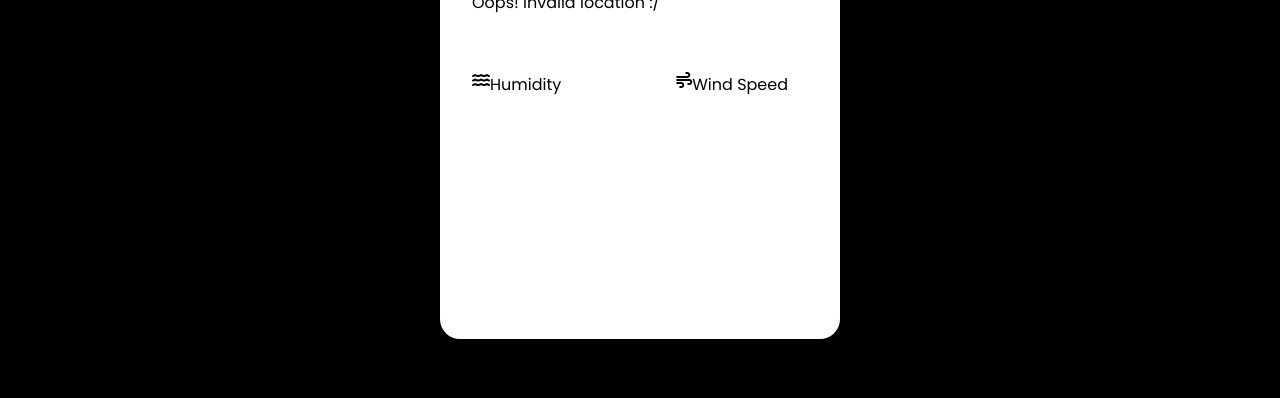
Repository: Pr1s0n3r627/weather
Page: index.html
An editor plug-in stored every save of this project. The page is shown before and after the next save, followed by the edit.
The browser window is 1280 px wide. The pictures show the whole page.
Some web libraries are served in a nearby version.

Above is the page before, as saved 2024-05-18 23:34:35.
Not found: index.js

### index.html
<!DOCTYPE html>
<html lang="en">

<head>
    <meta charset="UTF-8">
    <meta http-equiv="X-UA-Compatible" content="IE=edge">
    <meta name="viewport" content="width=device-width, initial-scale=1.0">
    <link
        href="https://fonts.googleapis.com/css2?family=Poppins:wght@300;400;500;600;700;800;900&family=Roboto:wght@300;400;500;700;900&display=swap"
        rel="stylesheet">
    <link rel="stylesheet" href="style.css">
    <title>Day #10 - Weather App | AsmrProg</title>
</head>

<body>

    <div class="container">
        <div class="search-box">
            <i class="fa-solid fa-location-dot"></i>
            <input type="text" placeholder="Enter your location">
            <button class="fa-solid fa-magnifying-glass"></button>
        </div>

        <div class="not-found">
            <img src="not-found.png">
            <p>Oops! Invalid location :/</p>
        </div>

        <div class="weather-box">
            <img src="">
            <p class="temperature"></p>
            <p class="description"></p>
        </div>

        <div class="weather-details">
            <div class="humidity">
                <i class="fa-solid fa-water"></i>
                <div class="text">
                    <span></span>
                    <p>Humidity</p>
                </div>
            </div>
            <div class="wind">
                <i class="fa-solid fa-wind"></i>
                <div class="text">
                    <span></span>
                    <p>Wind Speed</p>
                </div>
            </div>
        </div>

    </div>

    <script src="https://kit.fontawesome.com/7c8801c017.js" crossorigin="anonymous"></script>
    <script src="index.js"></script>
</body>

</html>

### style.css
*{
    margin: 0;
    padding: 0;
    border: 0;
    outline: none;
    box-sizing: border-box;
}

body{
    height: 10vh;
    display: flex;
    align-items: center;
    justify-content: center;
    background: #000;
}

.container{
    position: relative;
    width: 400px;
    height: 605px;
    background: #fff;
    padding: 28px 32px;
    overflow: hidden;
    border-radius: 20px;
    font-family: 'Poppins', sans-serif;
    transition: 0.6s;
}

.search-box{
    width: 100%;
    height: min-content;
    display: flex;
    align-items: center;
    justify-content: space-between
}

.search-box input{
    color: #333;
    width: 80%;
    font-size: 20px;
    font-weight: 500;
    text-transform: inherit;
    padding-left: 32px;
}

.search-box input::placeholder{
    font-size: 20px;
    font-weight: 500;
    color: #06283d;
    text-transform: capitalize;
}

.search-box button{
    cursor: pointer;
    width: 50px;
    height: 50px;
    color: #06283d;
    background: #dff6ff;
    border-radius: 50%;
    font-size: 22px;
    transition: 0.4s ease;
}

.search-box button:hover{
    background: #000000;
    color: #fff;
}

.search-box i{
    position: absolute;
    color: #06283d;
    font-size: 28px;
}

.weather-box{
    text-align: center;
}

.not-found img{
    width: 40%;
    margin-top: 20px;
}

.weather-box img{
    width: 20%;
    margin-top: 20px;
}

.weather-box .temperature{
    position: relative;
    color: #06283d;
    font-size: 4rem;
    font-weight: 800;
    margin-top: 30px;
    margin-left: -16px;
}

.weather-box .temperature span{
    position: absolute;
    margin-left: 4px;
    font-size: 1.5rem;
}

.weather-box .description{
    color: #06283d;
    font-size: 22px;
    font-weight: 500;
    text-transform: capitalize;
}

.weather-details{
    width: 100%;
    display: flex;
    justify-content: space-between;
    margin-top: 30px;
}

.weather-details .humidity, .weather-details .wind{
    display: flex;
    text-align: center;
    width: 50%;
    height: 100px;
}

.weather-details .humidity{
    padding-right: 20px;
    justify-content: flex-start;
}

.weather-details .wind{
    padding-right: 20px;
    justify-content: flex-end;
}

After the next save:
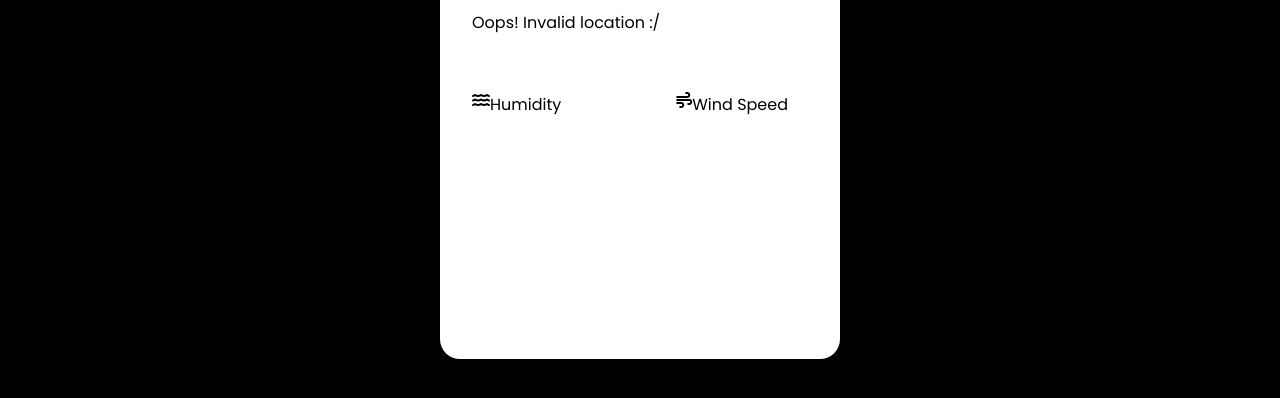
Saved 15 s later.
--- a/style.css
+++ b/style.css
@@ -7,6 +7,7 @@
 }
 
 body{
+    padding-top: 40px;
     height: 10vh;
     display: flex;
     align-items: center;

After the save that followed:
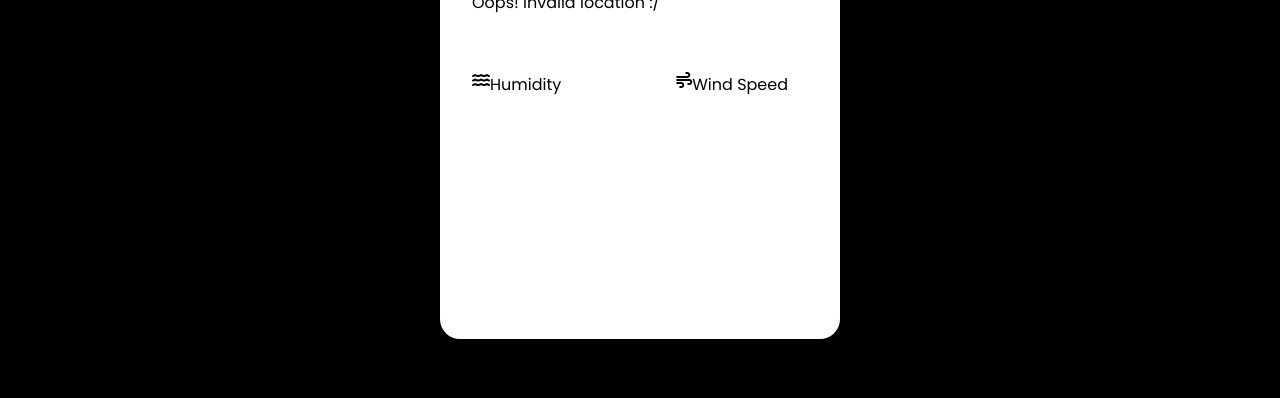
Saved 18 s later.
--- a/style.css
+++ b/style.css
@@ -7,7 +7,6 @@
 }
 
 body{
-    padding-top: 40px;
     height: 10vh;
     display: flex;
     align-items: center;
